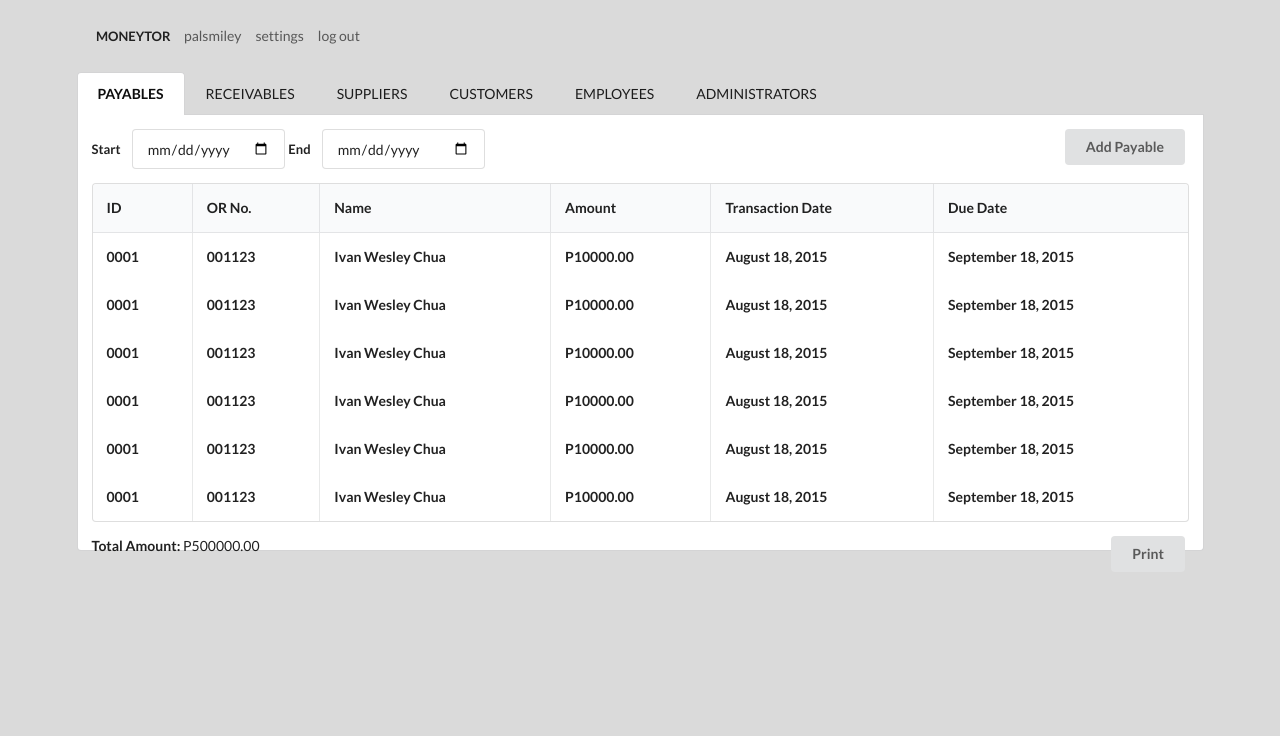
Repository: TV5/MoneyTor
Page: Workspace/MoneyTor/war/main.html
An editor plug-in stored every save of this project. The page is shown before and after the next save, followed by the edit.
The browser window is 1280 px wide. The pictures show the whole page.

Above is the page before, as saved 2015-08-18 10:18:22.

After the next save:
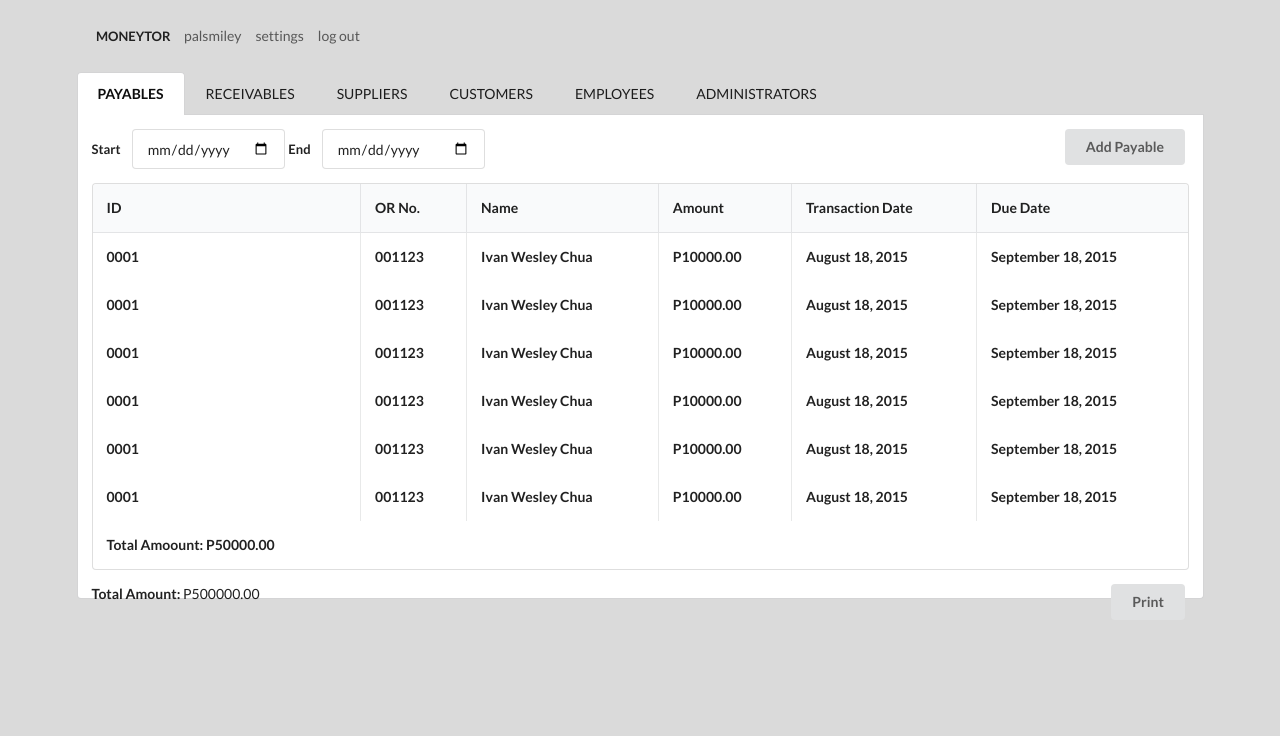
Saved 2 min 6 s later.
--- a/Workspace/MoneyTor/war/main.html
+++ b/Workspace/MoneyTor/war/main.html
@@ -189,6 +189,9 @@
 	    <th>August 18, 2015</th>
 	    <th>September 18, 2015</th>
 	  	</tr>
+	  	<tr>
+	  	<th>Total Amoount: P50000.00</th>
+	  	</tr>
 	  </tbody>
 	  </table>
 	<span>

After the 3 saves that followed:
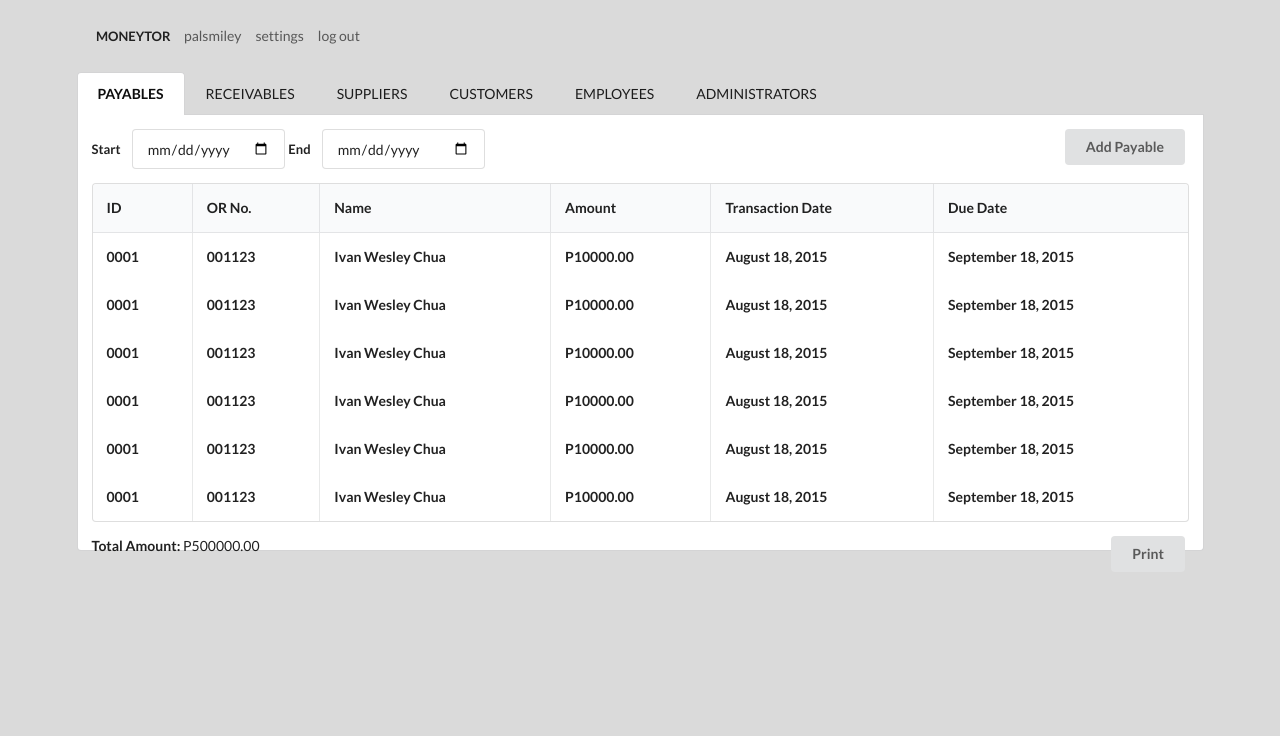
The 3 saves are shown as one change because 1 left the picture as it was and some came seconds apart.
The last was saved 41 s later.
--- a/Workspace/MoneyTor/war/main.html
+++ b/Workspace/MoneyTor/war/main.html
@@ -189,9 +189,6 @@
 	    <th>August 18, 2015</th>
 	    <th>September 18, 2015</th>
 	  	</tr>
-	  	<tr>
-	  	<th>Total Amoount: P50000.00</th>
-	  	</tr>
 	  </tbody>
 	  </table>
 	<span>
